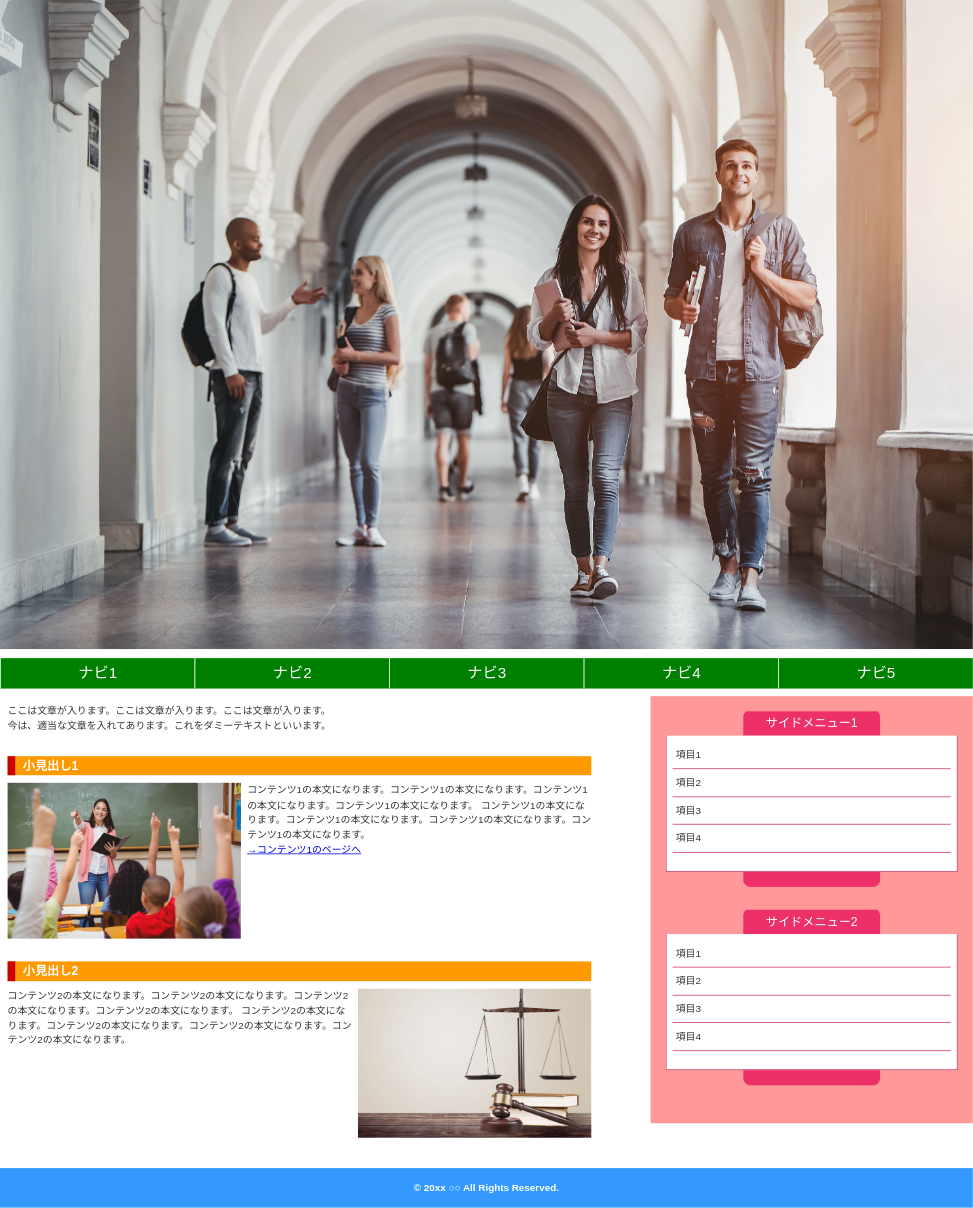
Repository: AKANE02/samurai_HTML-CSS
Page: index.html
The author's editor kept a record of every edit. The page is drawn from the files as they stood at one moment, then again after the next edit.
The browser window is 1280 px wide. The pictures show the whole page, at 76% of full size.
The pointer rests on the first visible `#side .box .boxBody ul li`.

Above is the page before.

After the next edit:
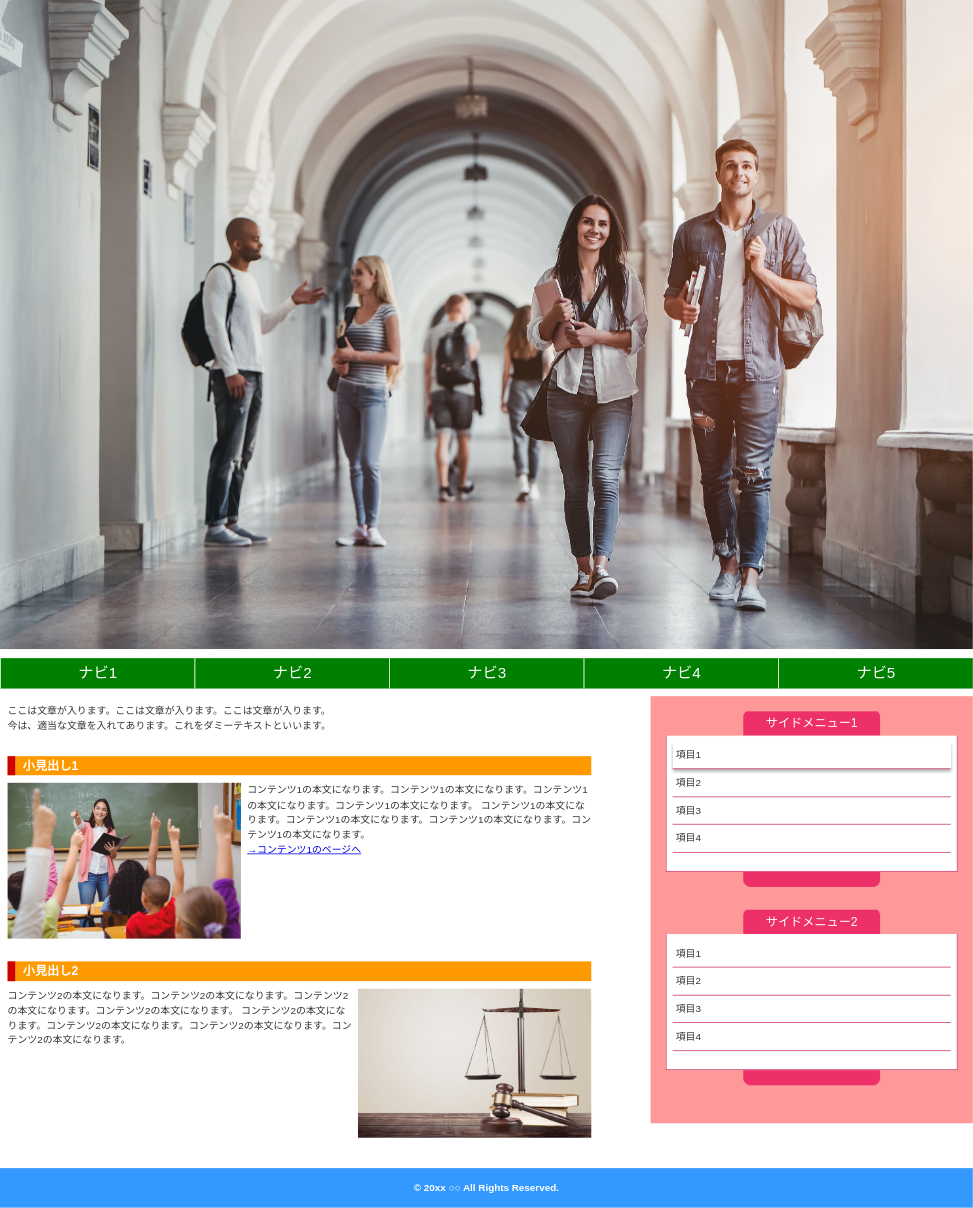
The edit:
--- a/stylesheet.css
+++ b/stylesheet.css
@@ -170,3 +170,10 @@
   	 list-style: none;
   	 border-bottom: solid 1px #C36;
   }
+
+  #side .box .boxBody ul li:hover {
+ 	 padding: 8px 0 8px 4px;
+ 	 list-style: none;
+ 	 border-bottom: solid 1px #C36;
+ 	 box-shadow: 0px 4px 4px rgba(0, 0, 0, 0.3);
+  }
